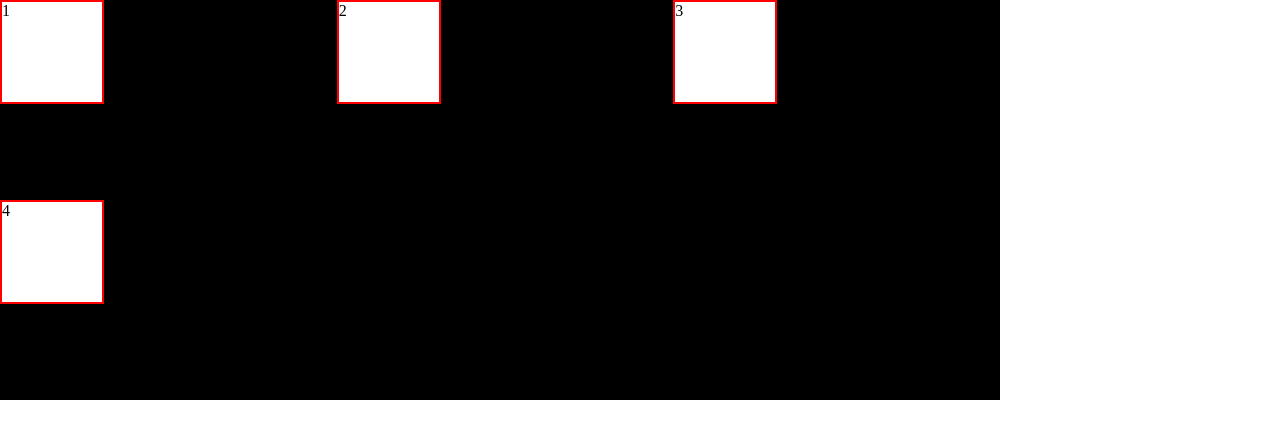
Repository: elourenco001/cursoweb
Page: DisplayGrid/index.html
The author's editor kept a copy of each file at every save. The page is drawn from the files as they stood at one save, then again after the next save.
The browser window is 1280 px wide. The pictures show the whole page.

Above is the page before, as saved 2023-01-30 15:20:59.

### DisplayGrid/index.html
<!DOCTYPE html>
<html lang="pt_br"> <!--Formato da Linguagem a ser usada-->
    <head>
        <meta charset="UTF-8">
        <meta http-equiv="X-UA-Compatible" content="Google Chrome">
        <meta name="viewport" content="width-device-width, initial-scaled=1.0">
    <title>Profissão Programador</title> <!--TItulo da aba do Navegador-->

    <link rel="stylesheet" href="./styles.css"/>
</head>
    <body>
        <div class="minhadiv">
            <div class="caixa">1</div>
            <div class="caixa">2</div>
            <div class="caixa">3</div>
            <div class="caixa">4</div>

        </div>

    </body>
</html>

### DisplayGrid/styles.css
* {

    margin: 0;

}
.minhadiv {
    width: 1000px;
    height: 400px;
    background-color: black;
    display: grid;
    grid-template-columns: repeat(3, 1fr); /*Separar pela quantidade de coluna que desejar */
    column-gap: 10px;


}

.caixa {
    width: 100px;
    height: 100px;
    background-color: #fff;
    border: 2px solid red;

}

After the next save:
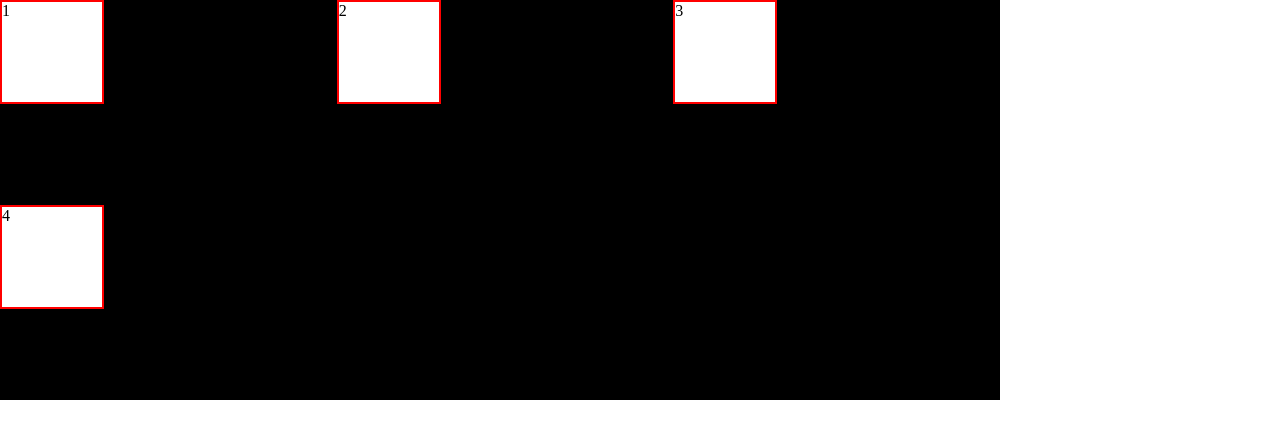
Saved 29 s later.
--- a/DisplayGrid/styles.css
+++ b/DisplayGrid/styles.css
@@ -10,6 +10,7 @@
     display: grid;
     grid-template-columns: repeat(3, 1fr); /*Separar pela quantidade de coluna que desejar */
     column-gap: 10px;
+    row-gap: 10px;
 
 
 }
